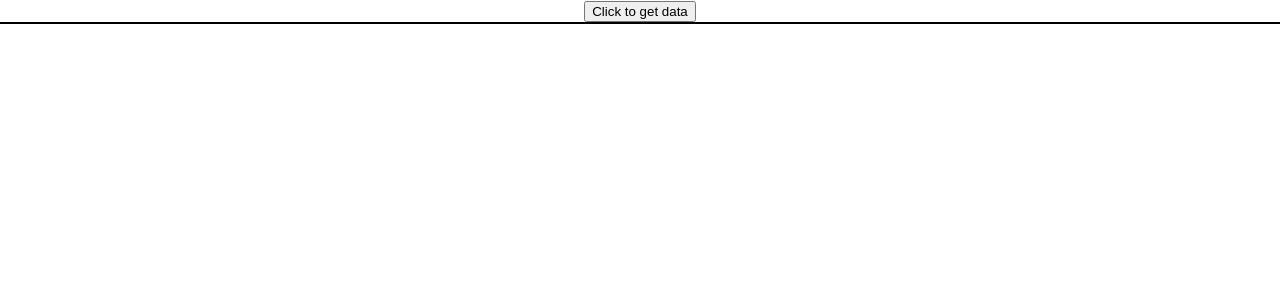
Repository: xxk3990/xander-michelle-react
Page: / (app in react-app/)
The author's editor kept a copy of each file at every save. The page is drawn from the files as they stood at one save, then again after the next save.
The browser window is 1280 px wide. The pictures show the whole page.
The page's requests for data from a server got no answer. The project was rebuilt for these pictures with package versions that can differ from the ones it lists, and the page was loaded fresh each time. No one was signed in, and anything a server would have sent is missing.

Above is the page before, as saved 2022-08-21 14:31:20.

### react-app/src/App.js
import logo from './logo.svg';
import './App.css';
import * as meteorData from './call.js'

function App() {
  return (
    <div className="App">
      <button type = "button" onClick ={meteorData.makeCall()}>Click to get data</button>
      <section className = "data-grid">

      </section>
    </div>
  );
}

export default App;

### react-app/src/App.css
.App {
  text-align: center;
}

.data-grid {
  display: grid;
  grid-template-columns: repeat(4, 1fr);
  grid-template-rows: repeat(2, 1fr);
  border: 1px solid black;
}

.App-logo {
  height: 40vmin;
  pointer-events: none;
}

@media (prefers-reduced-motion: no-preference) {
  .App-logo {
    animation: App-logo-spin infinite 20s linear;
  }
}

.App-header {
  background-color: #282c34;
  min-height: 100vh;
  display: flex;
  flex-direction: column;
  align-items: center;
  justify-content: center;
  font-size: calc(10px + 2vmin);
  color: white;
}

.App-link {
  color: #61dafb;
}

@keyframes App-logo-spin {
  from {
    transform: rotate(0deg);
  }
  to {
    transform: rotate(360deg);
  }
}

### react-app/src/call.js
import './App';
const url = `https://data.nasa.gov/resource/gh4g-9sfh.json`
let meteorName, id, nametype, recclass, mass, fall, year, reclat, reclong, geolocation, lat, long;
function makeCall() {
    const xhr = new XMLHttpRequest();

    xhr.onload = handleResponse;
    xhr.open('GET', url);
    xhr.send();
}


//parse data
function handleResponse(e) {
    const data = e.target.response;
    const dataObject = JSON.parse(data);
    console.log(dataObject[10].name);
    dataObject.forEach(obj => {
        meteorName = obj.name;
        id = obj.id;
        nametype = obj.nametype;
        recclass = obj.recclass;
        mass = obj.mass;
        fall = obj.fall;
        year = obj.year;
        reclat = obj.reclat;
        reclong = obj.reclong;
        // geolocation = obj.geolocation;
    })
    // lat = obj.geolocation.latitude;
    // long = obj.geolocation.longitude;

}

//to access in other files
export {
    meteorName,
    id,
    nametype,
    recclass,
    mass,
    fall,
    year,
    reclat,
    reclong,
    geolocation,
    lat,
    long,
    makeCall
}

/*
"name": "Abee",
"id": "6",
"nametype": "Valid",
"recclass": "EH4",
"mass": "107000",
"fall": "Fell",
"year": "1952-01-01T00:00:00.000",
"reclat": "54.216670",
"reclong": "-113.000000",
"geolocation": {
"type": "Point",
"coordinates": [
-113,
54.21667
]
}
*/

Loaded but not shown: react-app/public/index.html (common file); react-app/src/index.js (common file); react-app/src/index.css (common file); react-app/src/reportWebVitals.js (common file)

After the next save:
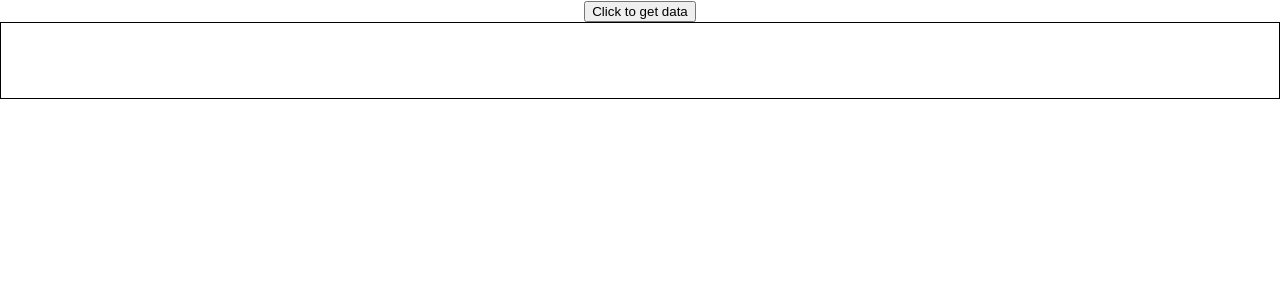
Saved 24 s later.
--- a/react-app/src/App.js
+++ b/react-app/src/App.js
@@ -7,7 +7,7 @@ function App() {
     <div className="App">
       <button type = "button" onClick ={meteorData.makeCall()}>Click to get data</button>
       <section className = "data-grid">
-
+      <h3>{meteorData.name}</h3>
       </section>
     </div>
   );
